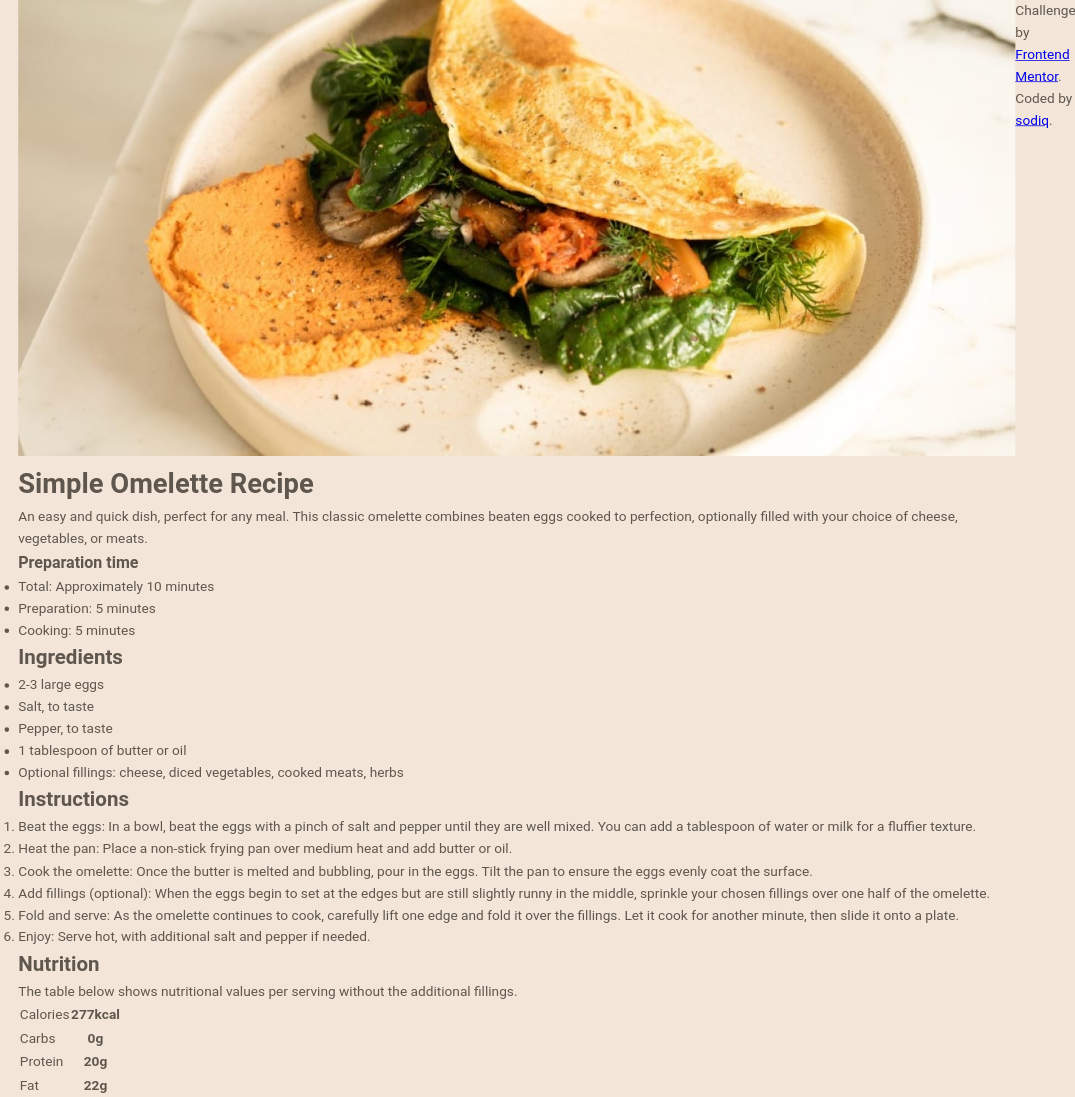
Repository: sodmaq/recipe-page-
Page: index.html
An editor plug-in stored every save of this project. The page is shown before and after the next save, followed by the edit.
The browser window is 1280 px wide. The page is 1415 px wide, then 1296 px, so the pictures cover 1415 px, including what lies to the right of the window. The pictures show the whole page, at 76% of full size.

Above is the page before, as saved 2024-09-08 04:10:42.

### index.html
<!DOCTYPE html>
<html lang="en">
  <head>
    <meta charset="UTF-8" />
    <meta name="viewport" content="width=device-width, initial-scale=1.0" />
    <link rel="preconnect" href="https://fonts.googleapis.com" />
    <link rel="preconnect" href="https://fonts.gstatic.com" crossorigin />
    <link
      href="https://fonts.googleapis.com/css2?family=Outfit:wght@400;600;700&family=Young+Serif&display=swap"
      rel="stylesheet"
    />
    <link
      rel="icon"
      type="image/png"
      sizes="32x32"
      href="./assets/images/favicon-32x32.png"
    />
    <link rel="stylesheet" href="css/style.css" />
    <title>Frontend Mentor | Recipe page</title>
  </head>
  <body>
    <main class="container">
      <img src="/assets/images/image-omelette.jpeg" alt="image-omelette" />
      <div class="heading-text">
        <h1 class="title">Simple Omelette Recipe</h1>
        <p class="paragraph">
          An easy and quick dish, perfect for any meal. This classic omelette
          combines beaten eggs cooked to perfection, optionally filled with your
          choice of cheese, vegetables, or meats.
        </p>
      </div>
      <div class="preparation-section">
        <h3>Preparation time</h3>
        <ul>
          <li><span>Total:</span> Approximately 10 minutes</li>
          <li><span>Preparation:</span> 5 minutes</li>
          <li><span>Cooking:</span> 5 minutes</li>
        </ul>
      </div>
      <section>
        <div class="ingredients">
          <h2>Ingredients</h2>
          <ul>
            <li>2-3 large eggs</li>
            <li>Salt, to taste</li>
            <li>Pepper, to taste</li>
            <li>1 tablespoon of butter or oil</li>
            <li>
              Optional fillings: cheese, diced vegetables, cooked meats, herbs
            </li>
          </ul>
        </div>
        <div class="instructions">
          <ol>
            <h2>Instructions</h2>
            <li>
              <span> Beat the eggs: </span> In a bowl, beat the eggs with a
              pinch of salt and pepper until they are well mixed. You can add a
              tablespoon of water or milk for a fluffier texture.
            </li>
            <li>
              <span> Heat the pan: </span>Place a non-stick frying pan over
              medium heat and add butter or oil.
            </li>
            <li>
              <span> Cook the omelette: </span> Once the butter is melted and
              bubbling, pour in the eggs. Tilt the pan to ensure the eggs evenly
              coat the surface.
            </li>
            <li>
              <span> Add fillings (optional):</span> When the eggs begin to set
              at the edges but are still slightly runny in the middle, sprinkle
              your chosen fillings over one half of the omelette.
            </li>
            <li>
              <span> Fold and serve:</span> As the omelette continues to cook,
              carefully lift one edge and fold it over the fillings. Let it cook
              for another minute, then slide it onto a plate.
            </li>
            <li>
              <span>Enjoy:</span> Serve hot, with additional salt and pepper if
              needed.
            </li>
          </ol>
        </div>
        <div class="nutrition-section">
          <h2>Nutrition</h2>
          <p>
            The table below shows nutritional values per serving without the
            additional fillings.
          </p>
          <table class="table">
            <tr>
              <td>Calories</td>
              <th>277kcal</th>
            </tr>
            <tr>
              <td>Carbs</td>
              <th>0g</th>
            </tr>
            <tr>
              <td>Protein</td>
              <th>20g</th>
            </tr>
            <tr>
              <td>Fat</td>
              <th>22g</th>
            </tr>
          </table>
        </div>
      </section>
    </main>

    <footer class="attribution">
      Challenge by
      <a href="https://www.frontendmentor.io?ref=challenge" target="_blank"
        >Frontend Mentor</a
      >. Coded by <a href="#">sodiq</a>.
    </footer>
  </body>
</html>

### style.css
* {
  margin: 0;
  padding: 0;
  box-sizing: border-box;
}

body {
  background-color: hsl(30, 54%, 90%);
  color: hsl(30, 10%, 34%);
  font-family: "Roboto", sans-serif;
  font-size: 1.125rem;
  font-weight: 400;
  line-height: 1.6;

  padding: 0 1.5rem;

  display: flex;
}

After the next save:
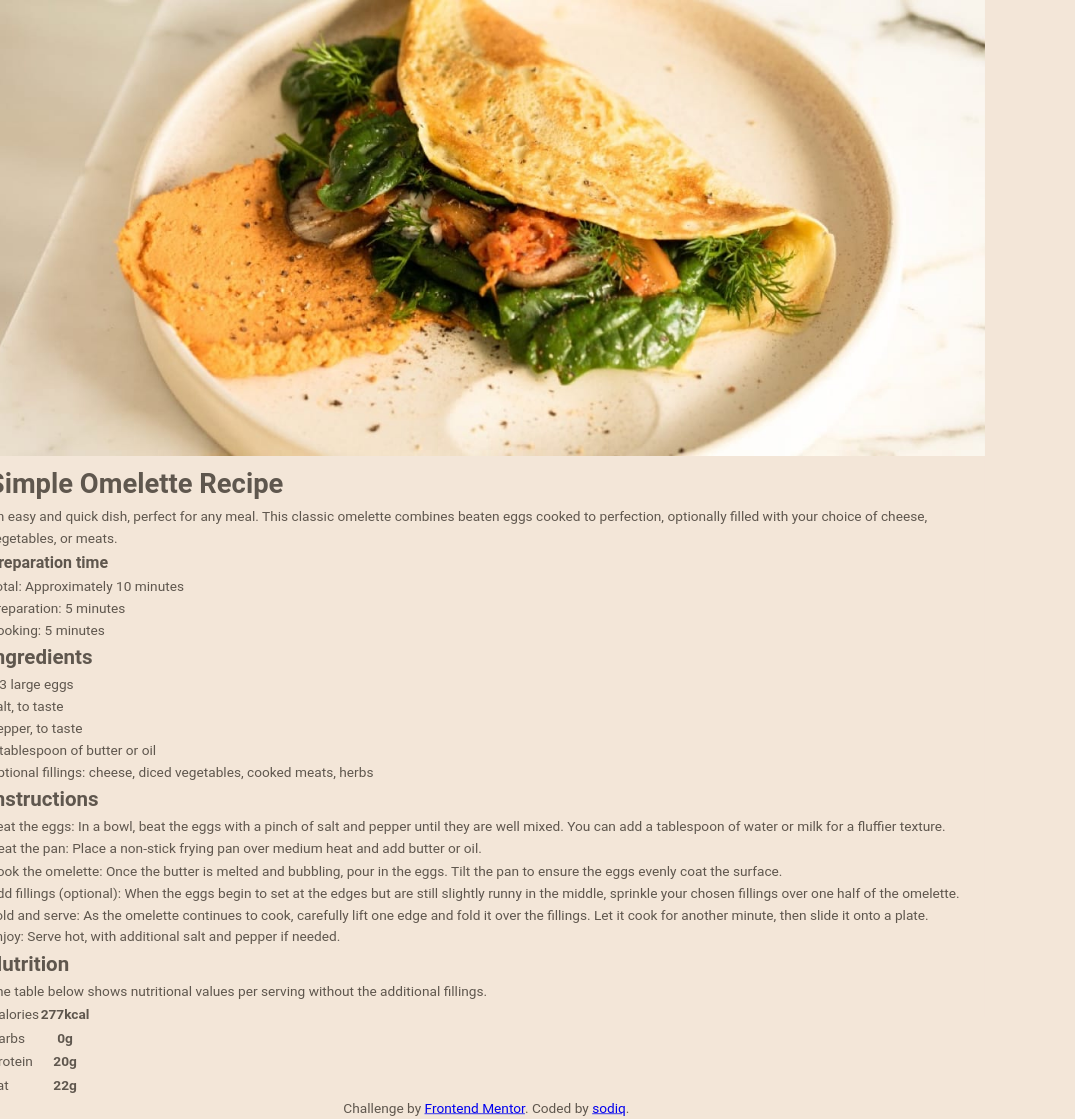
Saved 12 s later.
--- a/style.css
+++ b/style.css
@@ -15,4 +15,9 @@ body {
   padding: 0 1.5rem;
 
   display: flex;
+  flex-direction: column;
+  align-items: center;
+  justify-content: center;
+
+  min-height: 100vh;
 }
